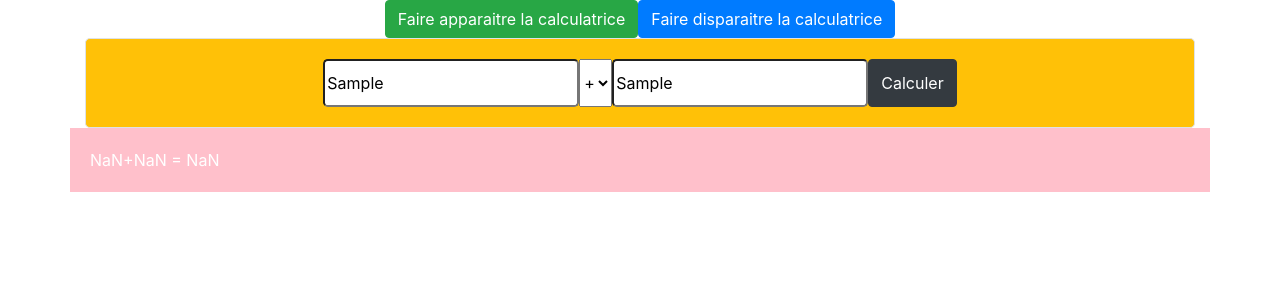
Repository: julieLyM/calculatrice
Page: calculatrice.html
An editor plug-in stored every save of this project. The page is shown before and after a run of saves, followed by the edit.
The browser window is 1280 px wide. The pictures show the whole page.
Empty fields were first filled with sample values (such as "Sample", 5 or name@example.com).
After loading, the first visible `#calculer` was clicked once.

Above is the page before, as saved 2020-12-08 15:15:55.

### calculatrice.html
<!DOCTYPE html>
<html lang="fr">
  <head>
    <meta charset="UTF-8">
    <meta name="viewport" content="width=device-width, initial-scale=1.0">
		<link rel="stylesheet" href="https://cdn.jsdelivr.net/npm/bootstrap@4.5.3/dist/css/bootstrap.min.css" integrity="sha384-TX8t27EcRE3e/ihU7zmQxVncDAy5uIKz4rEkgIXeMed4M0jlfIDPvg6uqKI2xXr2" crossorigin="anonymous">

    <title>exercice calculatrice</title>
  </head>
  <body>
    <div class="container-fluid">
      <div class="container">

        <div class="row justify-content-center" style="margin: 0 auto; text-align:center">
            <button class="btn btn-success" id="appear" >Faire apparaitre la calculatrice </button>
            <button class="btn btn-primary" id="disapear">Faire disparaitre la calculatrice</button>
        </div>


        <div class="row justify-content-center border bg-warning w-100 rounded-lg" id="blocCal"  style="padding: 20px;margin: 0px auto; text-align:center">

          <input type="text" class="rounded-lg" value="" id="nombre1">

          <select name="calcul" id="operateur">
            <option>+</option>
            <option>-</option>
            <option>*</option>
            <option>/</option>
          </select>

          <input type="text" class="rounded-lg" value="" id="nombre2">
          <br>
          <br>
          <button type="button" class="btn btn-dark" id="calculer">Calculer</button>
          <br>

          <br>
    </div>
    <div class="row">
      <div id="message" class="w-100"></div>
    </div>
  </div>
</div>
    <!--APPEL JQUERY-->
		<script src="https://code.jquery.com/jquery-3.5.1.min.js" integrity="sha256-9/aliU8dGd2tb6OSsuzixeV4y/faTqgFtohetphbbj0=" crossorigin="anonymous"></script>
		<script src="https://cdn.jsdelivr.net/npm/bootstrap@4.5.3/dist/js/bootstrap.bundle.min.js" integrity="sha384-ho+j7jyWK8fNQe+A12Hb8AhRq26LrZ/JpcUGGOn+Y7RsweNrtN/tE3MoK7ZeZDyx" crossorigin="anonymous"></script>
    <!--NOTRE CODE JS-->
    <script src="calculatrice.js"></script>
  </body>
</html>

### calculatrice.js
//Etapes :
// --------
// - faire une page html
// - créer deux input type text avec deux id différent pour la saisie des valeurs
// - créer un select avec un id pour proposer les différents opérateurs. (+-*/    ** %)
// - créer un bouton avec un id pour lancer le calcul (button, span)

// Avec js :
// ---------
// - lors du click  sur le bouton (evenement) :
// - récupérer les deux saisies des champs text et l'opérateur selectionné

// - il peut être important de passer les saisies dans un parseFloat() pour les transformer en type number
// - declencher le calcul des saisies selon  l'opérateur avec un if qui va tester l'opérateur pour déclencher l'opération.
// - afficher l'opération avec le résultat.

// Pour aller plus loin :
// ----------------------
// - essayer de donner la possibilité de faire apparaitre ou disparaitre la calculatrice

$(document).ready(function () {
  $('#appear').on('click', function () {
    console.log('click');
    $('#blocCal').slideDown(1000);
  });

  // Cacher la  calculatrice :
  $('#disapear').on('click', function () {
    $('#blocCal').slideUp(1000);
  });

  $('#calculer').on('click', function () {
    var value1 = $('#nombre1').val();
    var signe = $('#operateur').val();
    var value2 = $('#nombre2').val();

    value1 = parseFloat(value1);
    value2 = parseFloat(value2);
    var resultat = '';

    if (signe == '+') {
      resultat = $('#message').html(
        '<div style="background-color: pink;color: white; padding:20px">' +
          value1 +
          signe +
          value2 +
          ' = ' +
          (value1 + value2) +
          '</div>'
      );
    } else if (signe == '-') {
      resultat = resultat = $('#message').html(
        '<div style="background-color: pink;color: yellow; text-align: center;font-size:26px; padding:20px">Résultat soustration: ' +
          value1 +
          signe +
          value2 +
          ' = ' +
          (value1 - value2) +
          '</div>'
      );
    } else if (signe == '*') {
      resultat = resultat = $('#message').html(
        '<div style="background-color: pink;color: yellow; text-align: center;font-size:26px; padding:20px">Résultat multiplication: ' +
          value1 +
          signe +
          value2 +
          ' = ' +
          value1 * value2 +
          '</div>'
      );
    } else if (signe == '/') {
      resultat = resultat = $('#message').html(
        '<div style="background-color: pink;color: yellow; text-align: center;font-size:26px; padding:20px">Résultat division: ' +
          value1 +
          signe +
          value2 +
          ' = ' +
          value1 / value2 +
          '</div>'
      );
    }
  });

  $('#nombre1, #nombre2').on('mouseover', function () {
    $('#message').html(
      `<div style="background-color: pink;color: red; padding:20px">Saisir un chiffre</div>`
    );
  });

  $('#nombre1, #nombre2').on('mouseout', function () {
    $('#message').html('');
  });

  $('#operateur').on('mouseover', function () {
    $('#message').html(
      `<div style="background-color: pink;color: red; padding:20px">Saisir un opérateur + - / *</div>`
    );
  });
  $('#operateur').on('mouseout', function () {
    $('#message').html('');
  });
});

After the next 2 saves:
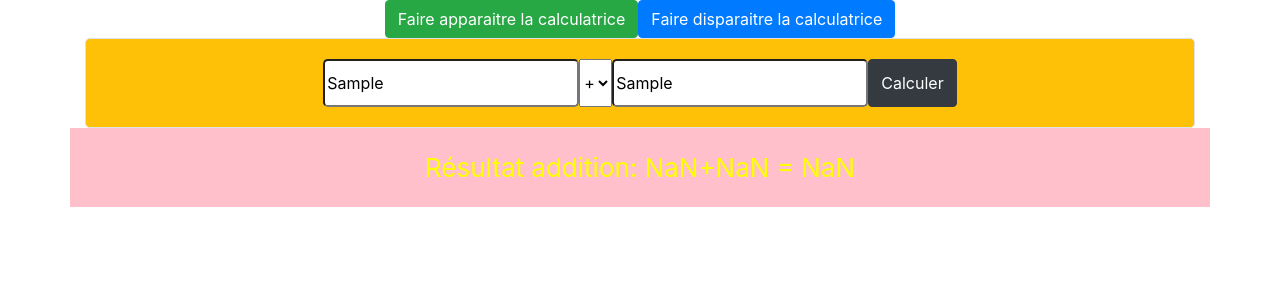
The 2 saves are shown as one change because they came seconds apart.
The last was saved 5 s later.
--- a/calculatrice.js
+++ b/calculatrice.js
@@ -40,7 +40,7 @@ $(document).ready(function () {
 
     if (signe == '+') {
       resultat = $('#message').html(
-        '<div style="background-color: pink;color: white; padding:20px">' +
+        '<div style="background-color: pink;color: yellow; text-align: center;font-size:26px; padding:20px">Résultat addition: ' +
           value1 +
           signe +
           value2 +
